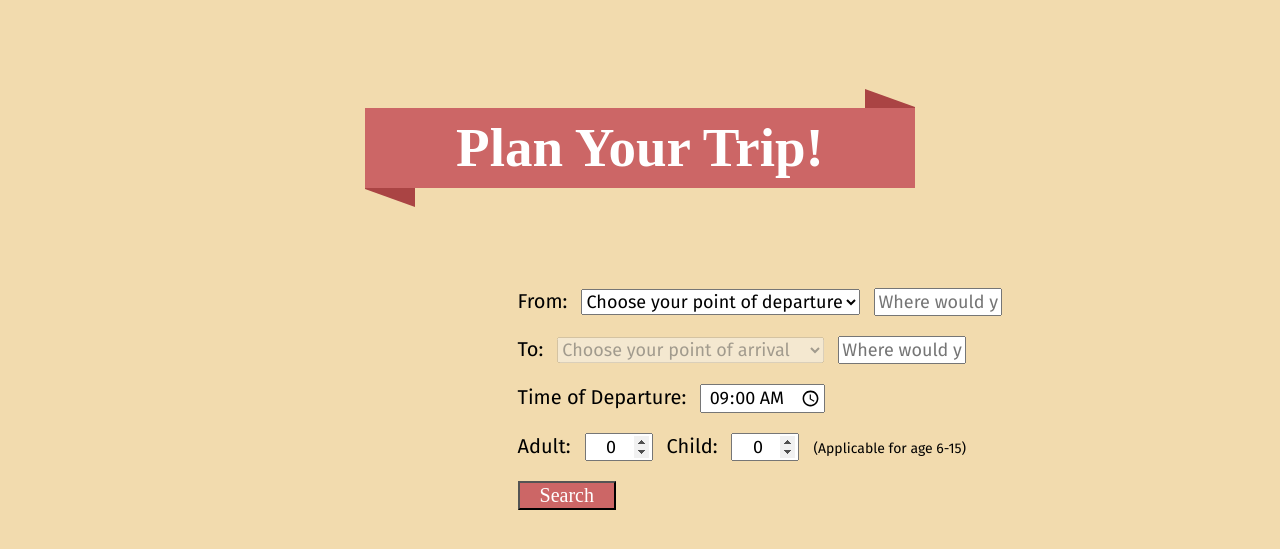
Repository: bbh0607/bae_dNation
Page: public/index.html
An editor plug-in stored every save of this project. The page is shown before and after a run of saves, followed by the edit.
The browser window is 1280 px wide. The pictures show the whole page.
Some web fonts or font styles are not loaded; a fallback is used.

Above is the page before, as saved 2020-02-01 15:15:30.

### public/index.html
<!DOCTYPE html>
<html lang="en">
  <head>
    <meta charset="UTF-8" />
    <link rel="stylesheet" type="text/css" href="./css/style.css" />
    <link rel="stylesheet" href="https://fonts.googleapis.com/css?family=Fira+Sans">
    <script src="js/script.js"></script>
    <title>My Website</title>
  </head>
  <body>
    <h1>Plan Your Trip!</h1>
    <form action="result.html" method="POST">
      <ul>
        <li>
          <label for="from">From:</label>
          <select id="fromSelect" name="from" onchange="removeDuplicate(this)" required>
            <option value="DEFAULT" selected disabled hidden>Choose your point of departure</option>
            <option value="KLIA">KLIA (KL International Airport)</option>
            <option value="KLIA2">KLIA2 (Airport Terminal 2)</option>
            <option value="SENTRAL">KL Sentral</option>
            <option value="OTHER">Other..</option>
          </select>
          <input type="text" name="search" placeholder="Where would you like to start?">
        </li>
        <li>
          <label for="to">To:</label>
          <select id="toSelect" name="to" onchange="removeDuplicate(this)" disabled required>
            <option value="DEFAULT" selected disabled hidden>Choose your point of arrival</option>
            <option value="KLIA">KLIA (KL International Airport)</option>
            <option value="KLIA2">KLIA2 (Airport Terminal 2)</option>
            <option value="SENTRAL">KL Sentral</option>
            <option value="OTHER">Other..</option>
          </select>
          <input type="text" name="search" placeholder="Where would you like to start?">
        </li>
        <li>
          <label for="deptime">Time of Departure:</label>
          <input type="time" id="deptime" name="deptime" value="09:00" required>
        </li>
        <li>
          <label for="adult">Adult:</label>
          <input type="number" id="adult" name="adult" value="0" min='0' required>
          <label for="child">Child:</label>
          <input type="number" id="child" name="child" value="0" min='0' required>
          <small>(Applicable for age 6-15)</small>
        </li>
        <li>
          <input type="submit" value="Search">
        </li>
      </ul>
    </form a>
  </body>
</html>

### public/css/style.css
/* body {
  background-color: aquamarine;
} */

@import url(https://fonts.googleapis.com/css?family=Patua+One);

body {
  background-color:#F2DBAE;
  align-content: center;
}

h1 {
  background-color:#c66;
  width:550px; height:80px;
  line-height:80px;
  font-size:55px;
  text-align:center;
  position:relative;
  margin:100px auto;
  font-family: 'Patua One', cursive;
  color:#fff;
  }

h1:before, h1:after {
  background-color:#a44;
  width:50px; height:80px;
  content:'';
  display:block;
  transform:skewY(20deg);
  position:absolute;
  z-index:-1;
}

h1:before {top:10px; left:0; }
h1:after {top:-10px; right:0; }

label {
  font-size: 20px;
  font-family: "Fira Sans", sans-serif;
  margin-right: 10px;
}

ul {
  list-style-type: none;
  justify-self: center;
  margin-left: 200px;
}

li {
  margin-top: 20px;
}

select {
  font-family: "Fira Sans", sans-serif;
  font-size: 18px;
  margin-right: 10px;
}

input[type="submit"]{
  background-color: #c66;
  color: #fff;
  font-size: 20px;
  font-family: 'Patua One', cursive;
  padding-left: 20px;
  padding-right: 20px;
}

input[type="number"]{
  width: 60px;
  text-align: center;
  margin-right: 10px;
  font-family: "Fira Sans", sans-serif;
  font-size: 18px;
}

input[type="time"]{
  width: 120px;
  text-align: center;
  font-family: "Fira Sans", sans-serif;
  font-size: 18px;
}

input[type="text"]{
  width: 120px;
  font-family: "Fira Sans", sans-serif;
  font-size: 18px;
}

small {
  font-family: "Fira Sans", sans-serif;
  font-size: 14px;
}

input[type='number']::-webkit-inner-spin-button,
input[type='number']::-webkit-outer-spin-button {
    opacity: 1;
}

input[type='time']::-webkit-inner-spin-button,
input[type='time']::-webkit-outer-spin-button {
    opacity: 1;
}

### public/js/script.js
function removeDuplicate(element) {
    const changedId = element.id;
    const comparisonId = changedId == 'fromSelect'? 'toSelect': 'fromSelect';
    const changed = document.getElementById(changedId);
    const compare = document.getElementById(comparisonId)
    if (
      changed.options[changed.selectedIndex].value ==
      compare.options[compare.selectedIndex].value
    ) compare.value="DEFAULT"
    document.getElementById(comparisonId).disabled = false;
}

After the next 3 saves:
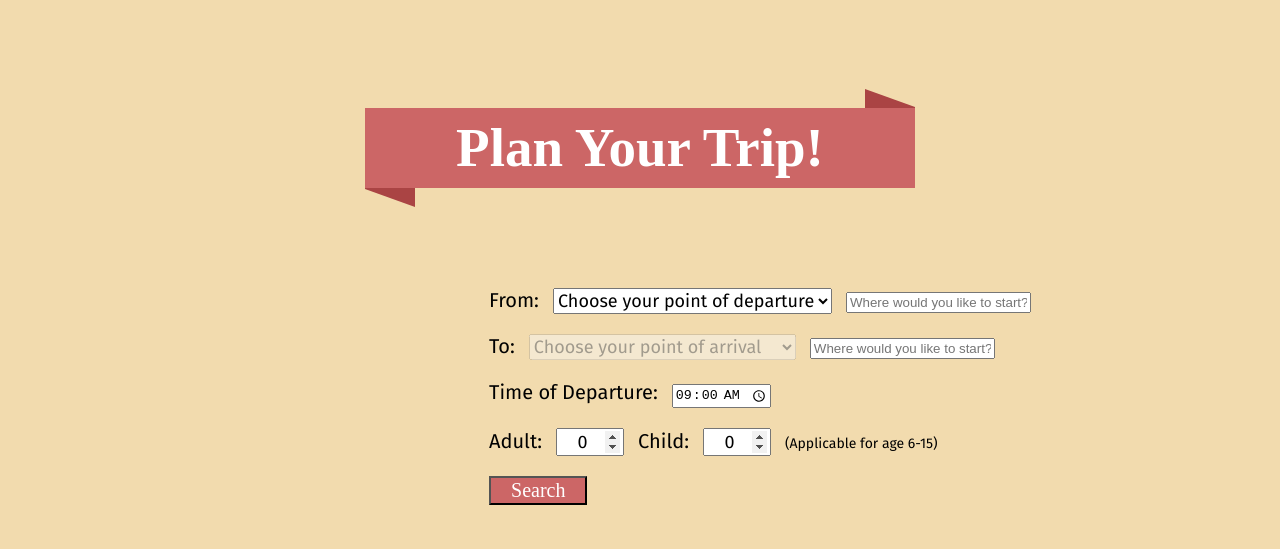
The 3 saves are shown as one change because they came seconds apart.
The last was saved 14 s later.
--- a/public/css/style.css
+++ b/public/css/style.css
@@ -73,15 +73,9 @@ input[type="number"]{
   font-size: 18px;
 }
 
-input[type="time"]{
+input[type="time", type="text"]{
   width: 120px;
   text-align: center;
-  font-family: "Fira Sans", sans-serif;
-  font-size: 18px;
-}
-
-input[type="text"]{
-  width: 120px;
   font-family: "Fira Sans", sans-serif;
   font-size: 18px;
 }
